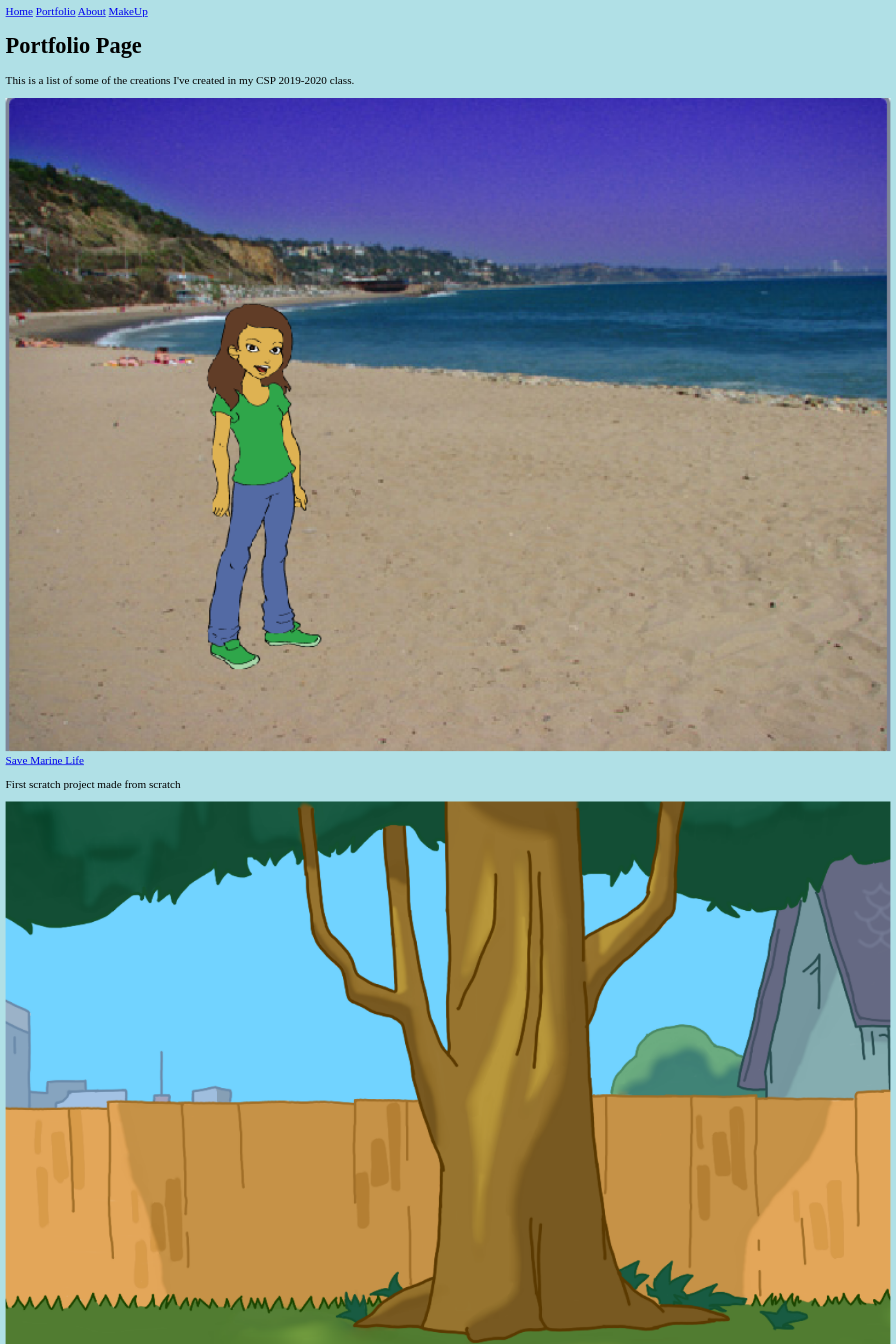
Repository: EMcmurray1862/emcmurray1862.github.io
Page: my_website/portfolio.html
The author's editor kept a record of every edit. The page is drawn from the files as they stood at one moment, then again after the next edit.
The browser window is 1280 px wide. The pictures show the part of the page from y = 0 to 1920 px (the page is 4248 px tall), at 70% of full size.

Above is the page before.

### my_website/portfolio.html
<!doctype html>
	<html lang="en">
	  <head>
	    <meta charset="utf-8">
	    <title>Portfolio</title>
	  </head>
	  <body>
    <a href="index.html">Home</a>
    <a href="portfolio.html">Portfolio</a>
    <a href="about.html">About</a>
    <a href="makeup.html">MakeUp</a>

    <body style="background-color:powderblue;">
  <h1>Portfolio Page</h1>
  <p>This is a list of some of the creations I've created in my CSP 2019-2020 class.</p>

<!-- Portfolio Gallery Grid -->
<div class="row">
  <div class="column">
    <div class="content">
    <img src="images/scratch.PNG" style="width:100%" "length:200%">
      <a href="https://scratch.mit.edu/projects/326744008/">Save Marine Life</a>
      <p>First scratch project made from scratch </p>
    </div>
  </div>
  <div class="column">
    <div class="content">
    <img src="images/backyard.png" style="width:100%" "length:200%">
      <a href="https://scratch.mit.edu/projects/326744008/">Trampoline Bounce</a>
      <p>First MIT APP Inventor </p>
    </div>
  </div>
  <div class="column">
    <div class="content">
    <img src="images/daisy.jpg" style="width:100%" "length:100%">
       <h3>Not Yet Created </h3>
    </div>
  </div>
  <div class="column">
    <div class="content">
    <img src="images/daisy.jpg" style="width:100%" "length:100%">
      <h3>Not Yet Created </h3>
     </div>
  </div>
  </div>
	  </body>
	</html>

After the next edit:
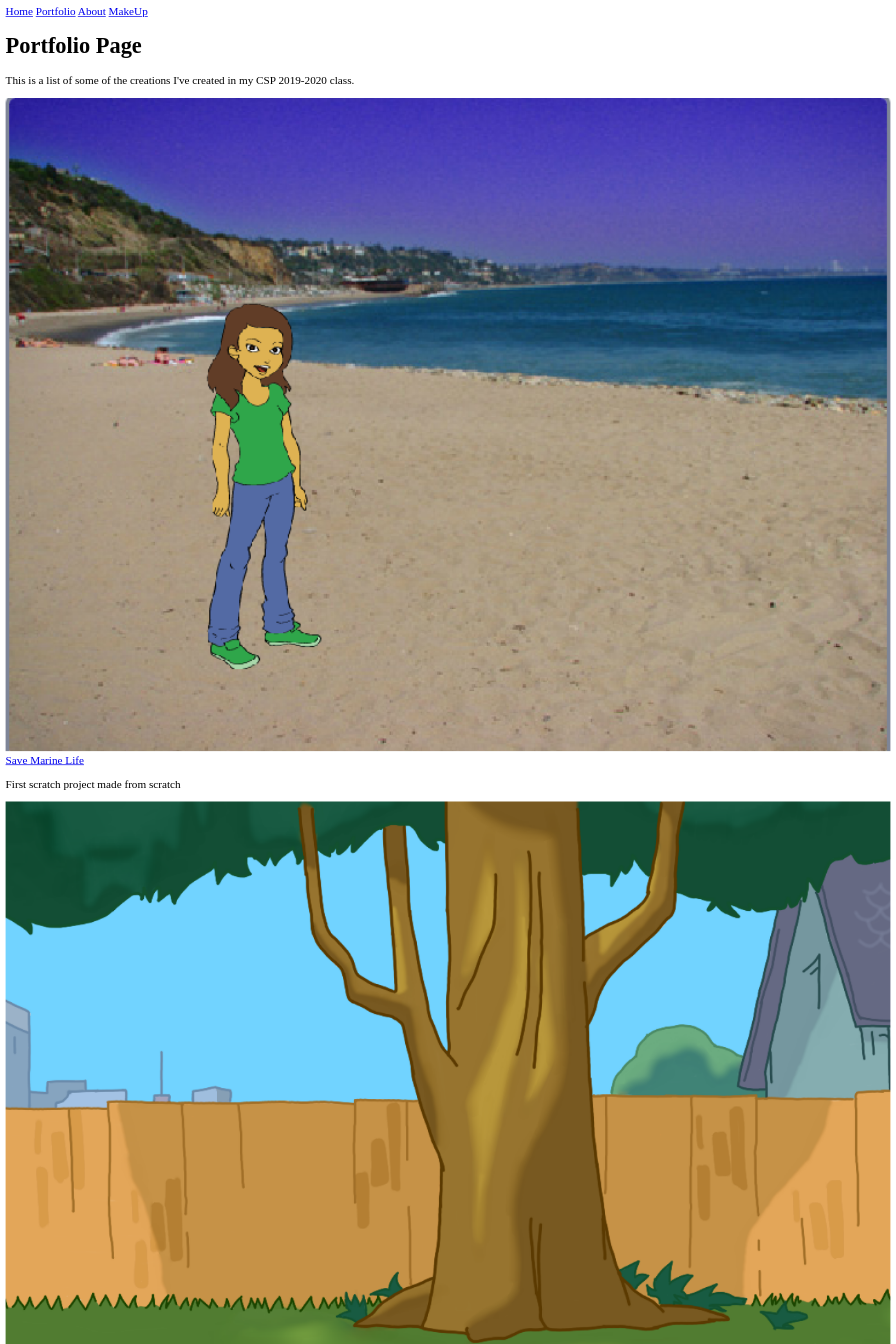
The edit:
--- a/my_website/portfolio.html
+++ b/my_website/portfolio.html
@@ -9,8 +9,6 @@
     <a href="portfolio.html">Portfolio</a>
     <a href="about.html">About</a>
     <a href="makeup.html">MakeUp</a>
-
-    <body style="background-color:powderblue;">
   <h1>Portfolio Page</h1>
   <p>This is a list of some of the creations I've created in my CSP 2019-2020 class.</p>
 
